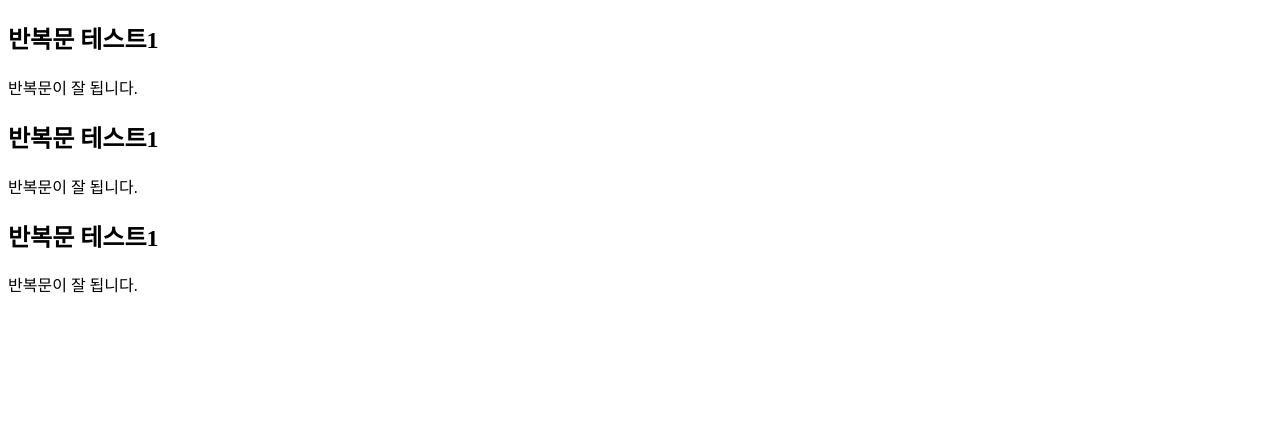
Repository: jungreul97/jsp_pracitce
Page: http://localhost/JSPBasic/JspTag/Scriptlet.jsp
An editor plug-in stored every save of this project. The page is shown before and after the next save, followed by the edit.
The browser window is 1280 px wide. The pictures show the whole page.
The page is served by Tomcat 9.

Above is the page before, as saved 2022-01-28 02:30:02.

### JSPBasic/src/main/webapp/JspTag/Scriptlet.jsp
<%@ page language="java" contentType="text/html; charset=UTF-8"
    pageEncoding="UTF-8"%>
<!DOCTYPE html>
<html>
<head>
<meta charset="UTF-8">
<title>Insert title here</title>
</head>
<body>
	<!-- 스크립트릿 내부에는 자바 코드를 작성할 수 있으며
	이 코드를 반영해 페이지가 구성됩니다. -->
	<% for(int i=0;i<3;i++){ %>
		<h2>반복문 테스트1</h2>
		<p>
			반복문이 잘 됩니다.
		</p>
	<% } %>
</body>
</html>

After the next save:
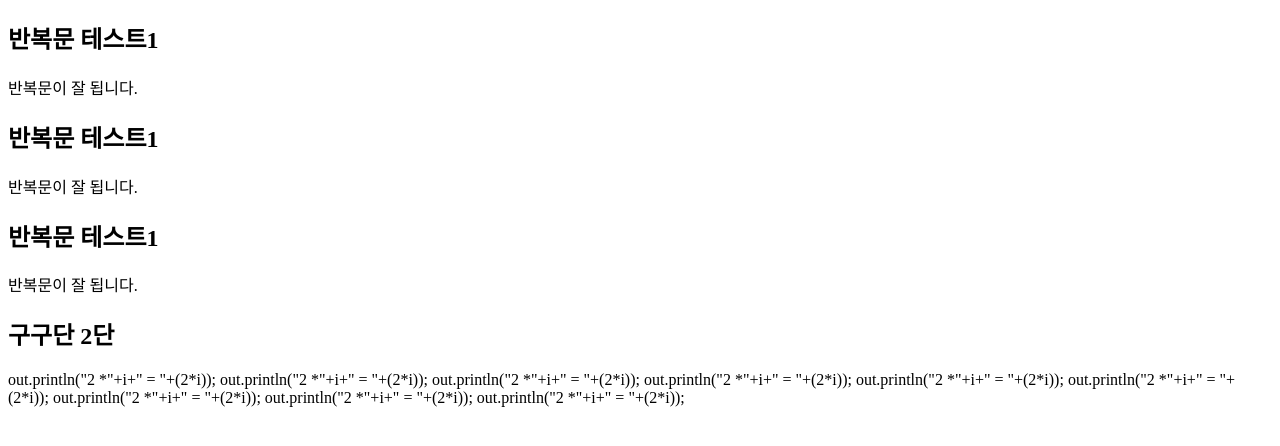
Saved 3 min 33 s later.
--- a/JSPBasic/src/main/webapp/JspTag/Scriptlet.jsp
+++ b/JSPBasic/src/main/webapp/JspTag/Scriptlet.jsp
@@ -15,5 +15,14 @@
 			반복문이 잘 됩니다.
 		</p>
 	<% } %>
+
+	<!--  하단에 구구단 코드를 작성해주세요.
+	System.out.println()이 괄호 내 구문을 콘솔에 찍히게 해줬다면
+	out.println()은 html화면에 괄호 내 구문을 콘솔에 찍히게 해줍니다.
+	(javascript의 document.wrtie()와 같은 역할)-->
+	<h2>구구단 2단</h2>
+	<% for(int i=1;i<=9;i++){ %>
+		out.println("2 *"+i+" = "+(2*i));
+	<%} %>
 </body>
 </html>
